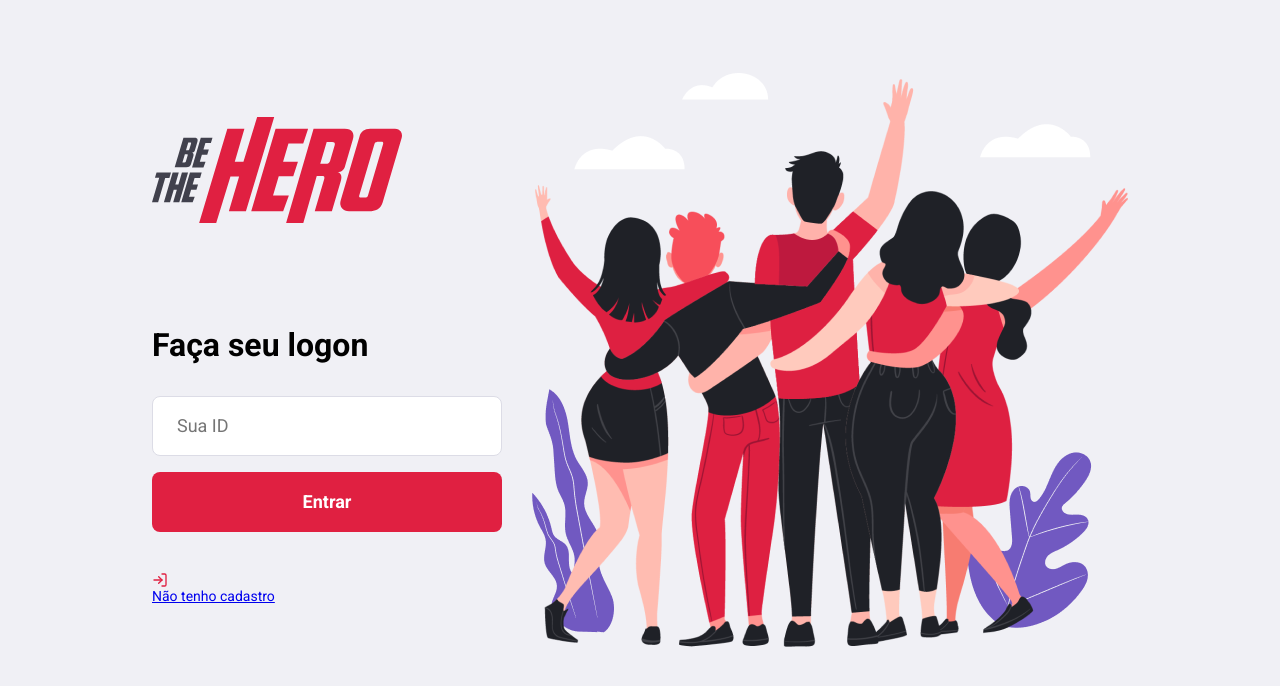
Repository: pedroevangelista/be-the-hero
Page: / (app in frontend/)
These files come from the project's save history. The page is drawn as it stood at one moment and after the next save; the edit follows.
The browser window is 1280 px wide. The pictures show the whole page.
The project was rebuilt for these pictures with package versions that can differ from the ones it lists, and the page was loaded fresh each time. Also part of the build but not shown: frontend/src/pages/Register/styles.css, frontend/src/pages/Register/index.js.

Above is the page before, as saved 2020-03-25 14:11:25.

After the next save:
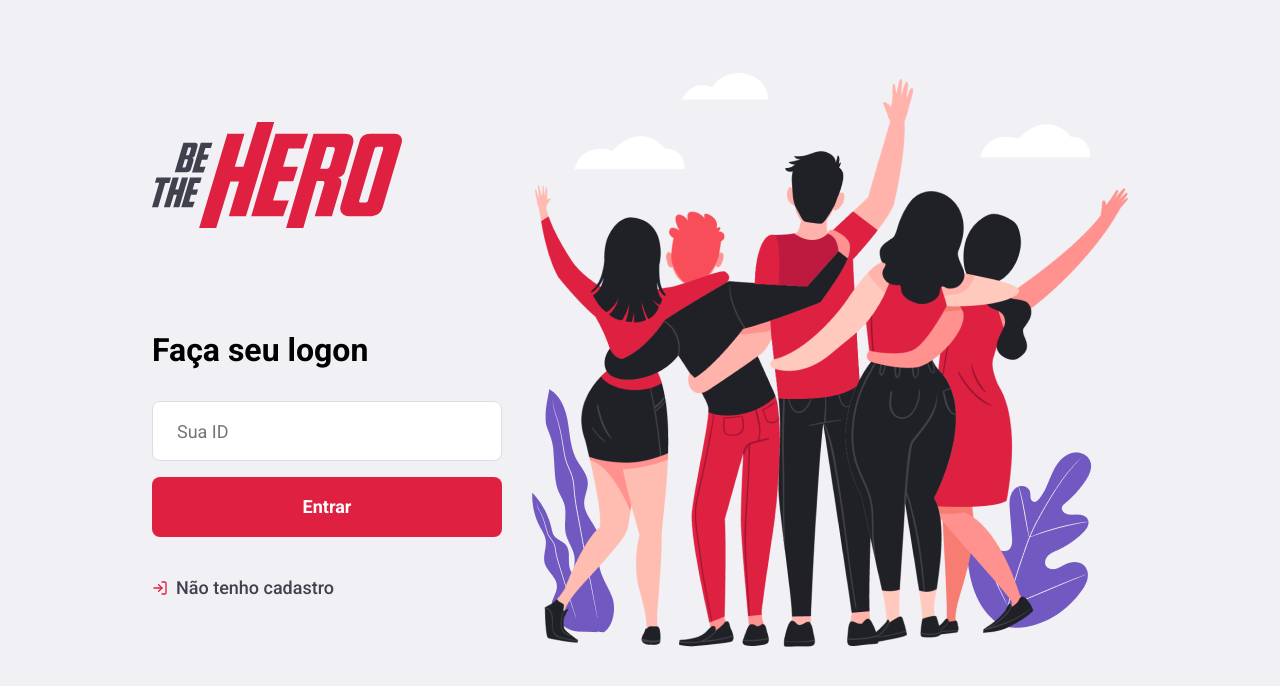
Saved 4 s later.
--- a/frontend/src/global.css
+++ b/frontend/src/global.css
@@ -51,7 +51,7 @@
     filter: brightness(90%);
 }
 
-.back-link {
+.logon-container section.form form a {
     display: flex;
     align-items: center;
     margin-top: 40px;
@@ -62,10 +62,10 @@
     transition: opacity 0.2s;
 }
 
-.back-link svg {
+.logon-container section.form form svg {
     margin-right: 8px;
 }
 
-.back-link:hover {
+.logon-container section.form form a:hover {
     opacity: 0.8;
 }

After the 2 saves that followed:
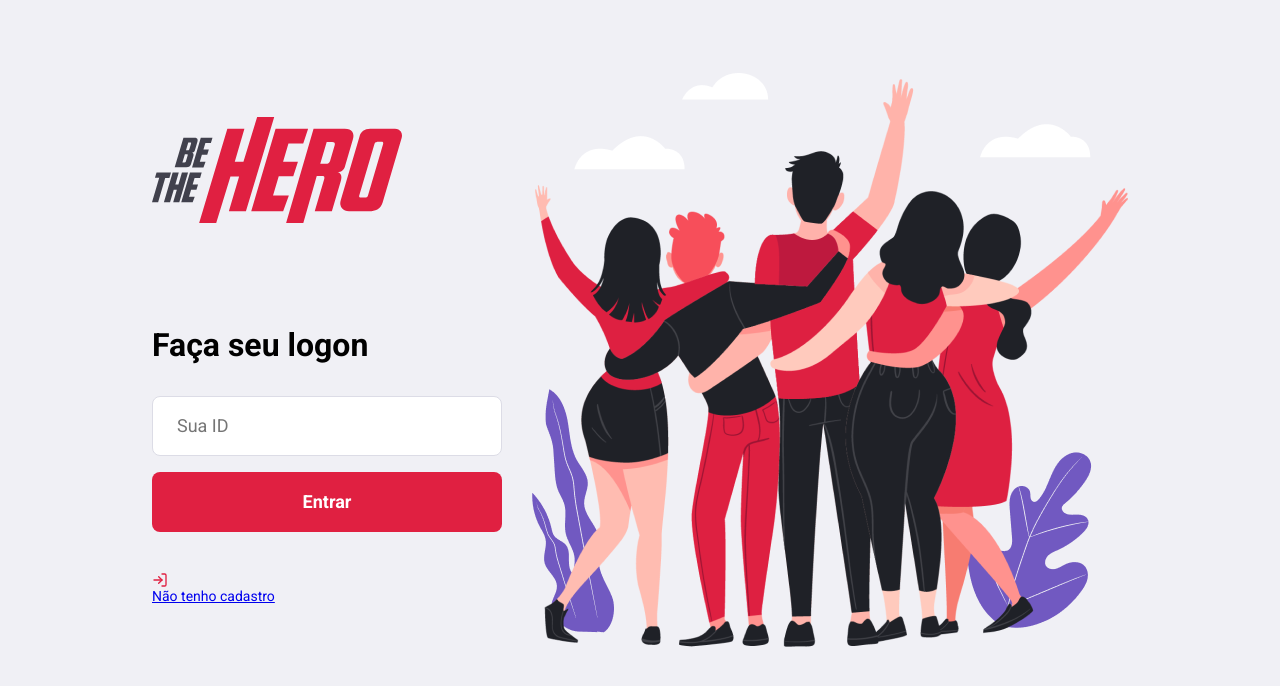
The 2 saves are shown as one change because they came seconds apart.
The last was saved 12 s later.
--- a/frontend/src/global.css
+++ b/frontend/src/global.css
@@ -51,7 +51,7 @@
     filter: brightness(90%);
 }
 
-.logon-container section.form form a {
+.back-link {
     display: flex;
     align-items: center;
     margin-top: 40px;
